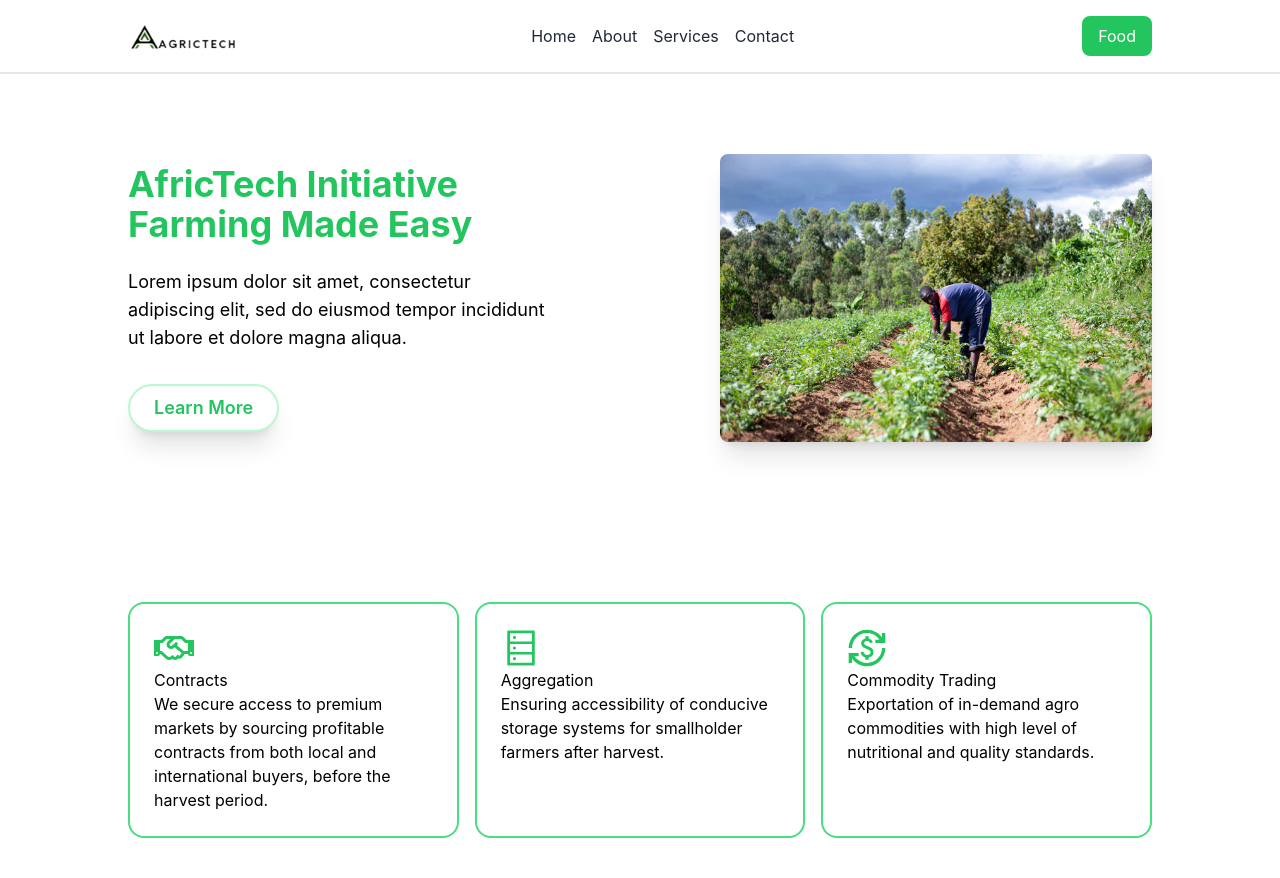
Repository: akinolapo/agric-tech
Page: /
An editor plug-in stored every save of this project. The page is shown before and after the next save, followed by the edit.
The browser window is 1280 px wide. The pictures show the whole page.
The project was rebuilt for these pictures with package versions that can differ from the ones it lists, and the page was loaded fresh each time.

Above is the page before, as saved 2023-05-27 09:33:31.

### src/index.css
@tailwind base;
@tailwind components;
@tailwind utilities;

body {
  margin: 0;
  font-family: -apple-system, BlinkMacSystemFont, 'Segoe UI', 'Roboto', 'Oxygen',
    'Ubuntu', 'Cantarell', 'Fira Sans', 'Droid Sans', 'Helvetica Neue',
    sans-serif;
  -webkit-font-smoothing: antialiased;
  -moz-osx-font-smoothing: grayscale;
}

code {
  font-family: source-code-pro, Menlo, Monaco, Consolas, 'Courier New',
    monospace;
}

.card-icon{
  height: 40px;
  width: 40px;
  color: #22C55E;
}

### src/App.js
import React from 'react'
import Header from './components/Header'
import Hero from './components/Hero'
import Value from './components/Value'

const App = () => {
  return (
    <div>
      <Header/>
      <Hero/>
      <Value/>
    </div>
  )
}

export default App

### src/components/Header.jsx
import React, { useState } from 'react';

const Header = () => {
  const [isMenuOpen, setIsMenuOpen] = useState(false);

  const toggleMenu = () => {
    setIsMenuOpen(!isMenuOpen);
  };

  const closeMenu = () => {
    setIsMenuOpen(false);
  };

  return (
    <header className="bg-white border-b-2">
      <div className="container mx-auto flex justify-between items-center py-4 px-5 sm:px-32">
        <div className="flex items-center">
          <img
            src={process.env.PUBLIC_URL+`media/logo.png`}
            alt="Logo"
            className="h-8 w-auto"
          />
        </div>
        <div className="hidden md:flex space-x-4">
          <a href="#" className="text-gray-800 hover:text-gray-600">Home</a>
          <a href="#" className="text-gray-800 hover:text-gray-600">About</a>
          <a href="#" className="text-gray-800 hover:text-gray-600">Services</a>
          <a href="#" className="text-gray-800 hover:text-gray-600">Contact</a>
        </div>
        <div className="md:hidden">
          <button
            type="button"
            className="flex items-center p-2 rounded-md text-gray-800 hover:text-gray-600 focus:outline-none"
            onClick={toggleMenu}
          >
            <svg
              xmlns="http://www.w3.org/2000/svg"
              className="h-6 w-6"
              fill="none"
              viewBox="0 0 24 24"
              stroke="currentColor"
            >
              <path
                strokeLinecap="round"
                strokeLinejoin="round"
                strokeWidth="2"
                d="M4 6h16M4 12h16M4 18h16"
              />
            </svg>
          </button>

        </div>
        <div className="hidden md:block">
          <button
            type="button"
            className="bg-green-500 text-white rounded-lg py-2 px-4"
          >
            Food
          </button>
        </div>
      </div>
      <div>
          {isMenuOpen && (
            <div className="mt-2 w-full">
              <ul className="bg-white border rounded-md divide-y divide-gray-200 shadow-md">
                <li className="py-2 px-4">
                  <a href="#" className="text-gray-800 hover:text-gray-600">Home</a>
                </li>
                <li className="py-2 px-4">
                  <a href="#" className="text-gray-800 hover:text-gray-600">About</a>
                </li>
                <li className="py-2 px-4">
                  <a href="#" className="text-gray-800 hover:text-gray-600">Services</a>
                </li>
                <li className="py-2 px-4">
                  <a href="#" className="text-gray-800 hover:text-gray-600">Contact</a>
                </li>
                <li className="py-2 px-4">
                  <button
                    type="button"
                    className="bg-green-500 text-white rounded-lg py-2 px-4 w-full"
                  >
                    Food
                  </button>
                </li>
              </ul>
              <div className="absolute top-0 right-0 p-2">
              </div>
            </div>
          )}
          </div>
    </header>
  );
};

export default Header;

### src/components/Hero.jsx
import React from 'react';

const Hero = () => {
  return (
    <section className="bg-white text-black py-20 px-5 sm:px-32">
      <div className="container mx-auto flex flex-col lg:flex-row items-center gap-40">
        <div className="lg:w-1/2">
          <h1 className="text-4xl font-bold mb-6 text-green-500">AfricTech Initiative <br></br> Farming Made Easy</h1>
          <p className="text-lg mb-8">Lorem ipsum dolor sit amet, consectetur adipiscing elit, sed do eiusmod tempor incididunt ut labore et dolore magna aliqua.</p>
          <button className="bg-white text-lg border-2 border-green-200 text-green-500 py-2 px-6 rounded-full font-semibold shadow-xl hover:shadow-2xl transition duration-300">Learn More</button>
        </div>
        <div className="lg:w-1/2">
          <img src={process.env.PUBLIC_URL+`media/hero.jpg`}alt="Agriculture" className="rounded-lg shadow-xl" />
        </div>
      </div>
    </section>
  );
};

export default Hero;

### src/components/Value.jsx
import React from 'react'
import {FaRegHandshake} from 'react-icons/fa'
import {AiOutlineDatabase} from 'react-icons/ai'
import {MdOutlineCurrencyExchange} from 'react-icons/md'

const data= [
    {
        id: 1,
        icon: <FaRegHandshake className='card-icon'/>,
        title: 'Contracts',
        description: 'We secure access to premium markets by sourcing profitable contracts from both local and international buyers, before the harvest period.',
        // link: '/'
    },
    {
        id: 2,
        icon: <AiOutlineDatabase className='card-icon'/>,
        title: 'Aggregation',
        description: 'Ensuring accessibility of conducive storage systems for smallholder farmers after harvest.',
        // link: '/'
    },
    {
        id: 3,
        icon: <MdOutlineCurrencyExchange className='card-icon'/>,
        title: 'Commodity Trading',
        description: 'Exportation of in-demand agro commodities with high level of nutritional and quality standards.',
        // link: '/'
    }
]

const Value = () => {
  return (
    <div className='mt-10 block md:grid md:gap-4 md: grid-cols-2 lg:grid-cols-3 py-10 px-5 sm:px-32'>
        {
            data.map(({id, icon, title, description})=>{
                return(
                    <div key={id} className='border-solid border-2 border-green-400 p-6 rounded-2xl mb-4 md:mb-0'>
            {icon}
            <h3>{title}</h3>
            <p>{description}</p>
        </div>
                )
            })
        }

    </div>
  )
}

export default Value

Loaded but not shown: public/index.html (common file); src/index.js (common file); tailwind.config.js (common file)

After the next save:
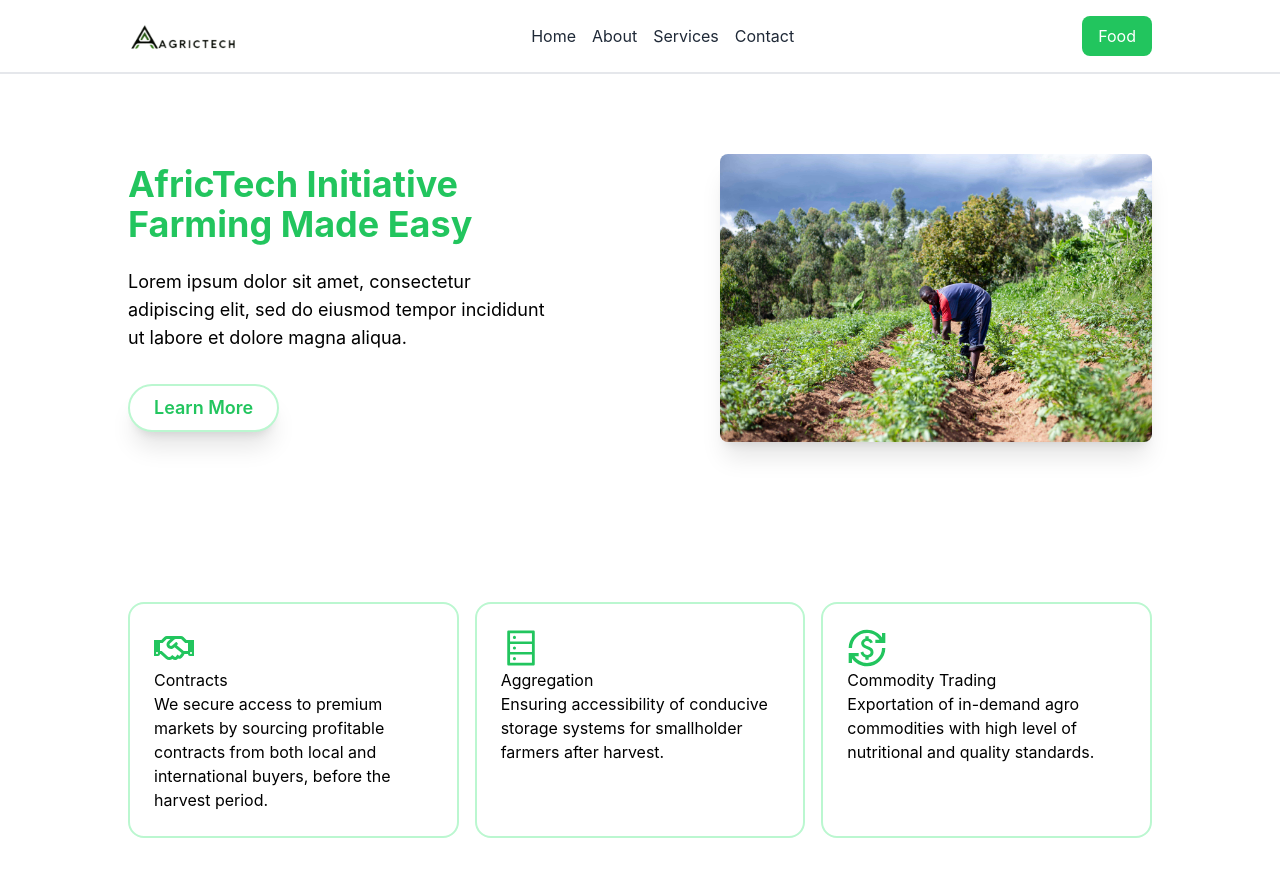
Saved 7 s later.
--- a/src/components/Value.jsx
+++ b/src/components/Value.jsx
@@ -33,7 +33,7 @@ const Value = () => {
         {
             data.map(({id, icon, title, description})=>{
                 return(
-                    <div key={id} className='border-solid border-2 border-green-400 p-6 rounded-2xl mb-4 md:mb-0'>
+                    <div key={id} className='border-solid border-2 border-green-200 p-6 rounded-2xl mb-4 md:mb-0'>
             {icon}
             <h3>{title}</h3>
             <p>{description}</p>
